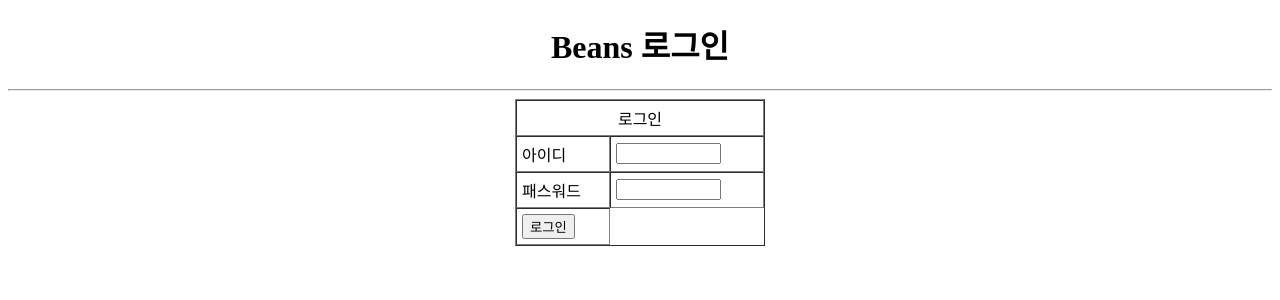
Repository: Cheolhun-Hwang/JSP_Project
Page: JSPBook/WebContent/ch07/login_form.html
The author's editor kept a copy of each file at every save. The page is drawn from the files as they stood at one save, then again after a run of saves.
The browser window is 1280 px wide. The pictures show the whole page.

Above is the page before, as saved 2017-11-01 02:24:14.

After the next 2 saves:
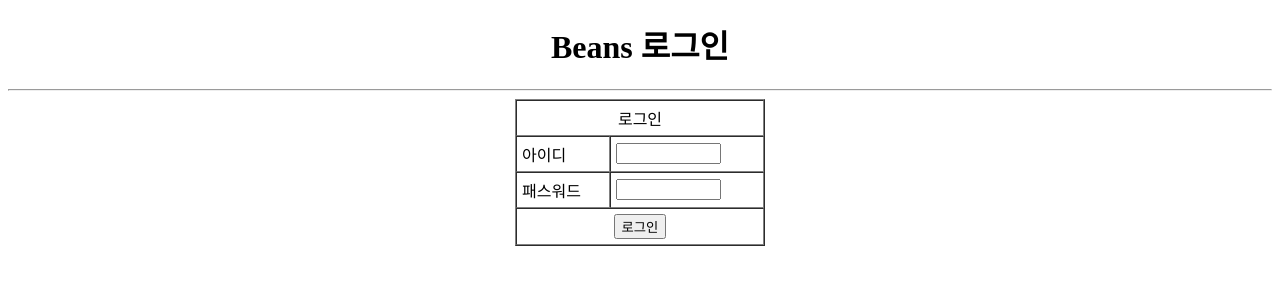
The 2 saves are shown as one change because 1 did not build or start.
The last was saved 2 min 8 s later.
--- a/JSPBook/WebContent/ch07/login_form.html
+++ b/JSPBook/WebContent/ch07/login_form.html
@@ -22,7 +22,7 @@
 					<td><input type='password' name='pwd' value='' size='10' /></td>
 				</tr>
 				<tr>
-					<td><input type='submit' name='submit' value='로그인' /></td>
+					<td colspan='2' align='center'><input type='submit' name='submit' value='로그인' /></td>
 				</tr>
 			</table>
 		</form>
